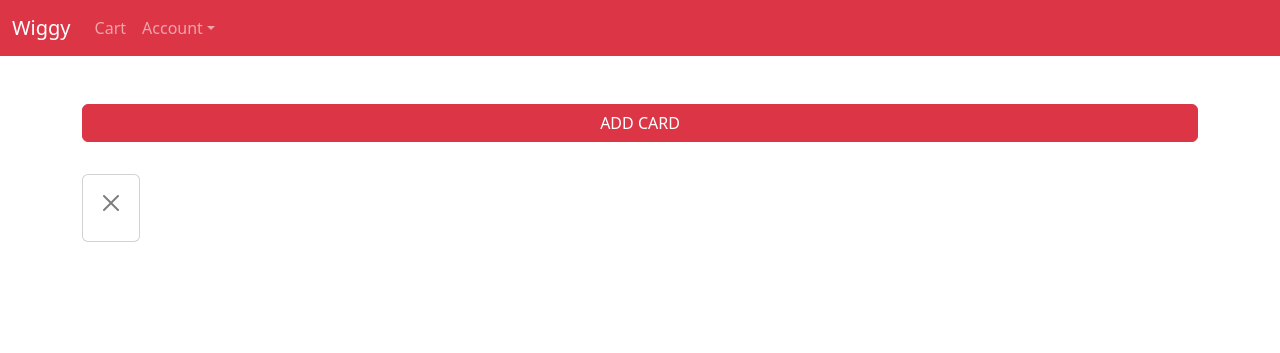
Repository: MohammadGulshan/wiggy
Page: / (app in client/)
An editor plug-in stored every save of this project. The page is shown before and after the next save, followed by the edit.
The browser window is 1280 px wide. The pictures show the whole page.
The project was rebuilt for these pictures with package versions that can differ from the ones it lists, and the page was loaded fresh each time. Also part of the build but not shown: client/src/App.css.

Above is the page before, as saved 2020-12-11 03:59:00.

After the next save:
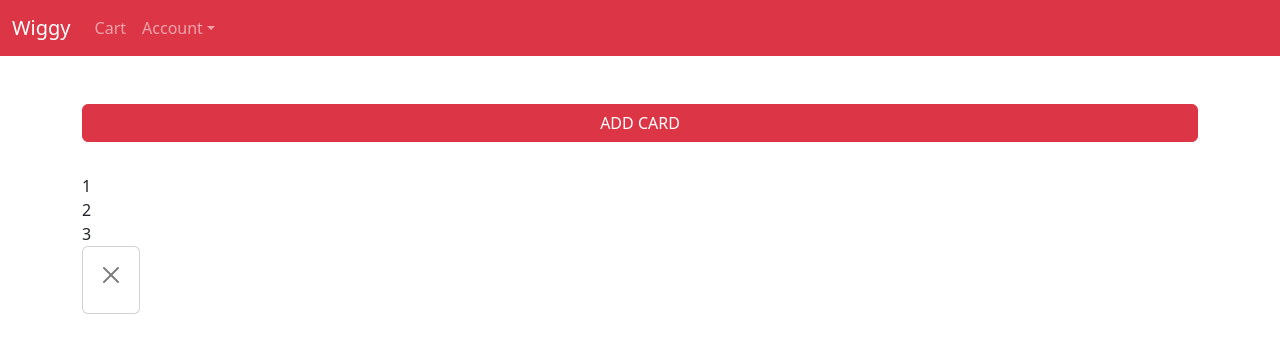
Saved 3 min 26 s later.
--- a/client/src/components/AppCards.js
+++ b/client/src/components/AppCards.js
@@ -35,7 +35,7 @@
                 <CardGroup>
                     <TransitionGroup className="cards">
                         {x.map(p => {
-                            <div>{p}</div>
+                            return <div>{p}</div>
                         })}
                             <CSSTransition key={uuid()}
                                 timeout={500}

After the save that followed:
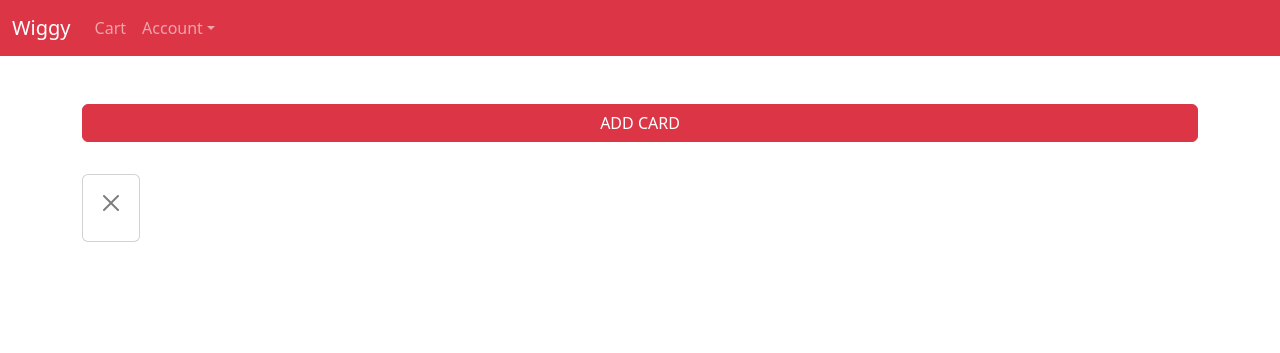
Saved 2 min 5 s later.
--- a/client/src/components/AppCards.js
+++ b/client/src/components/AppCards.js
@@ -13,7 +13,6 @@
             {id: uuid(), name: 'Pizza Hut'}
         ]
     });
-    const x = [1,2,3];
 
     return (
         <div>
@@ -34,24 +33,25 @@
                 </Button>
                 <CardGroup>
                     <TransitionGroup className="cards">
-                        {x.map(p => {
-                            return <div>{p}</div>
+                        {state.cards.map((key, value) => {
+                            return (
+                                <CSSTransition key={key}
+                                    timeout={500}
+                                    classNames="fade"
+                                >
+                                    <Card>
+                                        <CardBody>
+                                            <CardTitle>
+                                                <Button close />
+                                            </CardTitle>
+                                            <CardText>
+                                                {value.name}
+                                            </CardText>
+                                        </CardBody>
+                                    </Card>
+                                </CSSTransition>
+                            )
                         })}
-                            <CSSTransition key={uuid()}
-                                timeout={500}
-                                classNames="fade"
-                            >
-                                <Card>
-                                    <CardBody>
-                                        <CardTitle>
-                                            <Button close />
-                                        </CardTitle>
-                                        <CardText>
-                                            {/* {value} */}
-                                        </CardText>
-                                    </CardBody>
-                                </Card>
-                            </CSSTransition>
                     </TransitionGroup>
                 </CardGroup>
             </Container>
